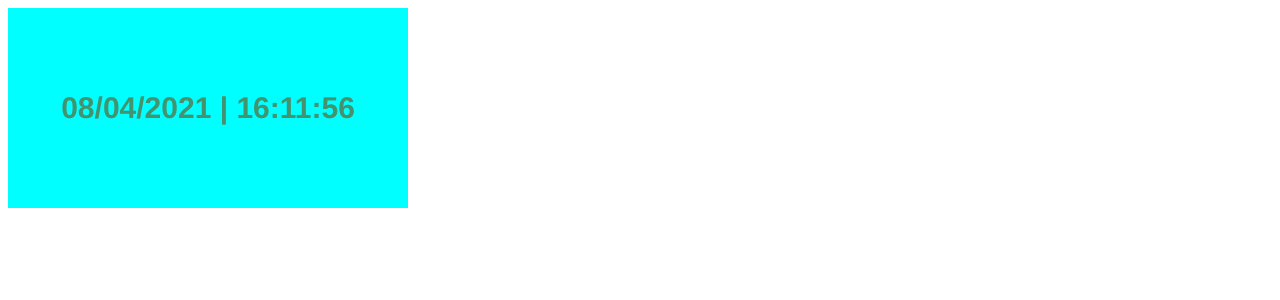
Repository: Widzisz/zadania-JavaScript
Page: www/index.html
These files come from the project's save history. The page is drawn as it stood at one moment and after the next save; the edit follows.
The browser window is 1280 px wide. The pictures show the whole page.

Above is the page before, as saved 2021-04-08 18:51:24.

After the next save:
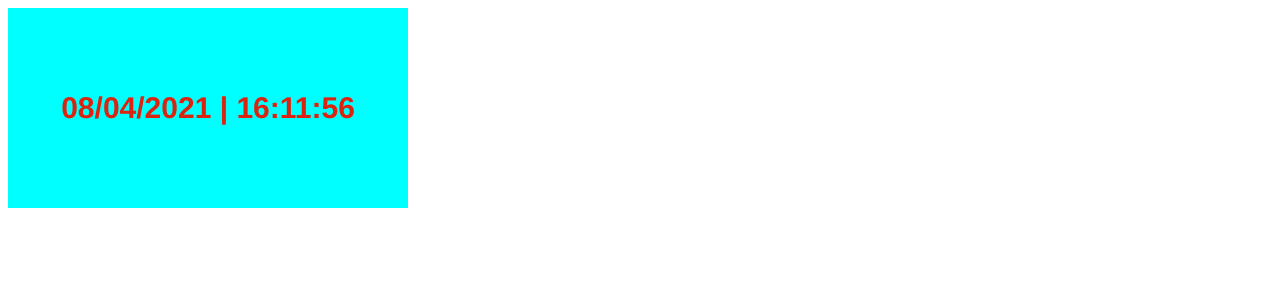
Saved 7 s later.
--- a/www/main.css
+++ b/www/main.css
@@ -16,7 +16,7 @@
     animation-name: colors;
     animation-duration: 4s;
     animation-iteration-count: infinite;
-    animation-direction:
+    animation-direction: alternate;
 
 }
 
